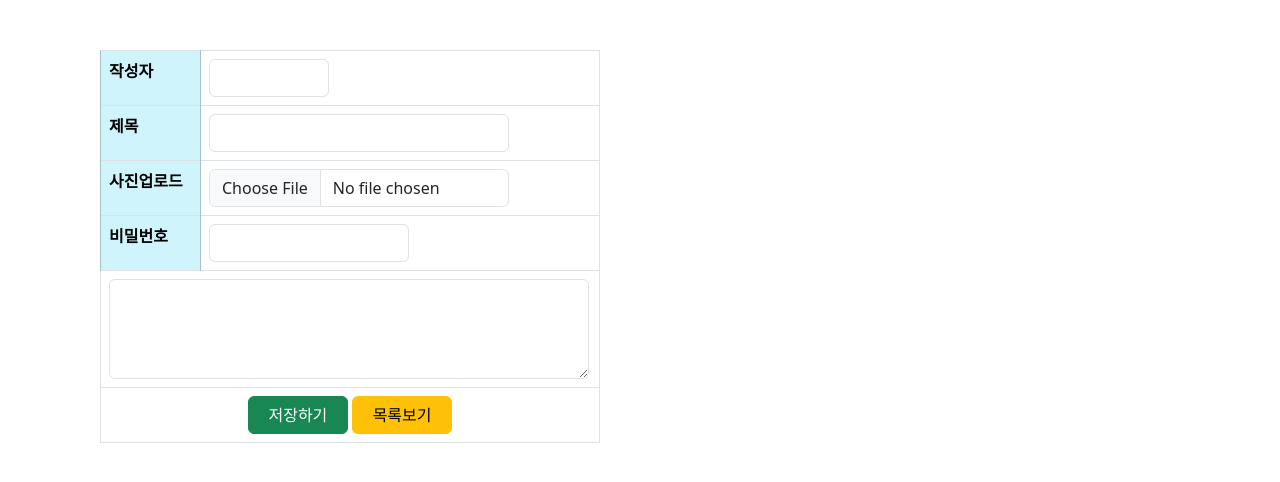
Repository: JunbroGit/SistProject
Page: http://localhost/jsaAjaxProject/uploadboard/updateForm.jsp
These files come from the project's save history. The page is drawn as it stood at one moment and after the next save; the edit follows.
The browser window is 1280 px wide. The pictures show the whole page.
Some web fonts or font styles are not loaded; a fallback is used. The page is served by Tomcat 9. Queries for data that is not in the repository find no rows.

Above is the page before, as saved 2024-03-14 00:30:44.

After the next save:
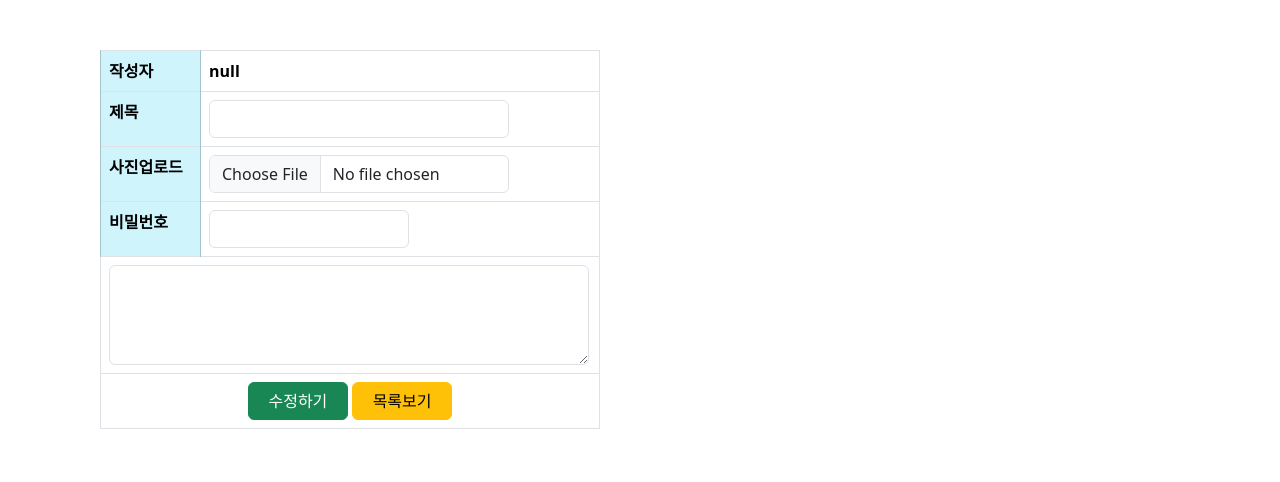
Saved 58 s later.
--- a/jspwork/jsaAjaxProject/src/main/webapp/uploadboard/updateForm.jsp
+++ b/jspwork/jsaAjaxProject/src/main/webapp/uploadboard/updateForm.jsp
@@ -48,7 +48,7 @@ function readURL(input) {
 			<tr>
 				<th width="100" class="table-info">작성자</th>
 				<td>
-					<input type="text" name="writer" class="form-control" style="width: 120px;" required="required">
+					<b><%=dto.getWriter() %></b>
 				</td>
 			</tr>
 			<tr>
@@ -76,7 +76,7 @@ function readURL(input) {
 			</tr>
 			<tr>
 				<td colspan="2" align="center">
-					<button type="submit" style="width: 100px;" class="btn btn-success btn-md">저장하기</button>
+					<button type="submit" style="width: 100px;" class="btn btn-success btn-md">수정하기</button>
 					<button type="button" style="width: 100px;" class="btn btn-warning btn-md" onclick="location.href='boardList.jsp'">목록보기</button>
 				</td>
 			</tr>
